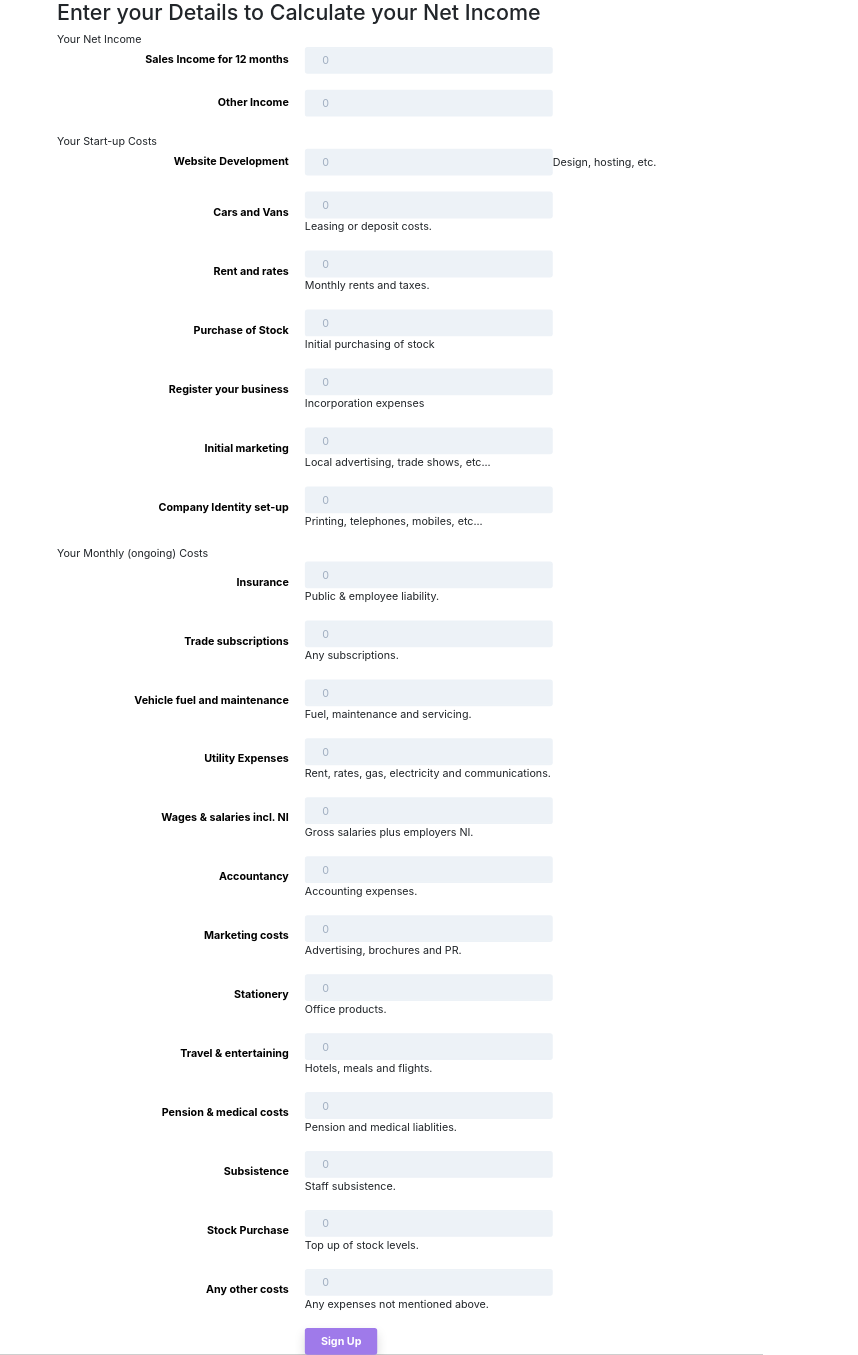
Repository: latenightsnacc/Financial-Forecast
Page: financial-forecast.html
These files come from the project's save history. The page is drawn as it stood at one moment and after the next save; the edit follows.
The browser window is 1280 px wide. The pictures show the whole page, at 67% of full size.

Above is the page before, as saved 2020-11-15 13:54:20.

### financial-forecast.html
<!DOCTYPE html>
<html lang="en">
<head>
    <meta charset="UTF-8">
    <meta name="viewport" content="width=device-width, initial-scale=1.0">
    <!--Tailwind CDN-->
    <link rel="stylesheet" href="https://cdnjs.cloudflare.com/ajax/libs/tailwindcss/1.9.6/base.min.css" integrity="sha512-hEjkvMSM0ql6VJcNK0gTmjt9ar8F2yHeBUbJKtyvQhkkbGMhiJ4+MaiB8XxsthLAHJx5vy2I9dN0un8HiWG2LA==" crossorigin="anonymous" />
    <link rel="stylesheet" href="https://cdnjs.cloudflare.com/ajax/libs/tailwindcss/1.9.6/components.min.css" integrity="sha512-TizAONqhvXjEfRPhptSUkZNVU497PzAnXNGNUoeOjeni4dHpJ+ak+ZsyoGna20LH/yg1PvdufN1VbnVQeVDftg==" crossorigin="anonymous" />
    <link rel="stylesheet" href="https://cdnjs.cloudflare.com/ajax/libs/tailwindcss/1.9.6/tailwind.css" integrity="sha512-HY1FOTeAX9idUBWDhVDrBg8QUHBisKVQ4BCVj1jFo5z76mk87w4Rr5YGP8nBkcGmoMzqYvdeXHMOg/olF45z3g==" crossorigin="anonymous" />
    <link rel="stylesheet" href="https://cdnjs.cloudflare.com/ajax/libs/tailwindcss/1.9.6/utilities.min.css" integrity="sha512-0QJfuLKyYJWGB5hKArJW67xqMLDlR8YaLM/ZuW2mRn4NRwHNsGm7UuREc5Fu7jONHyewPKnGODY0N8G+FQbfxg==" crossorigin="anonymous" />
    <!--Bootstrap CDN-->
    <link rel="stylesheet" href="https://cdn.jsdelivr.net/npm/bootstrap@4.5.3/dist/css/bootstrap.min.css" integrity="sha384-TX8t27EcRE3e/ihU7zmQxVncDAy5uIKz4rEkgIXeMed4M0jlfIDPvg6uqKI2xXr2" crossorigin="anonymous">
    <title>Financial Forecast |Resaads Consults - Think Millenial</title>
</head>
<body class="bg-black">
    <div class="container">
        <!--Navigation-->
    </div>
    <div class="wrapper p3 bg-white">
        <div class="container">
            <h2 class="title">Enter your Details to Calculate your Net Income</h2>
        </div>
        <div class="container">
            <!--FORM-->
            <form class="w-full max-w-none">
            <!--NET INCOME-->
                <div class="title">Your Net Income</div>
                <!--Sales Income-->
                <div class="md:flex md:items-center mb-6">
                  <div class="md:w-1/3">
                    <label class="block text-black font-bold md:text-right mb-1 md:mb-0 pr-4" for="inline-full-name" placeholder="0">
                      Sales Income for 12 months
                    </label>
                  </div>
                  <div class="md:w-1/3">
                    <input class="bg-gray-200 appearance-none border-2 border-gray-200 rounded w-full py-2 px-4 text-gray-700 leading-tight focus:outline-none focus:bg-white focus:border-grey-500" id="inline-full-name" type="text" placeholder="0">
                  </div>
                </div>
                <!--Other Income-->
                <div class="md:flex md:items-center mb-6">
                    <div class="md:w-1/3">
                      <label class="block text-black font-bold md:text-right mb-1 md:mb-0 pr-4" for="inline-full-name" placeholder="0">
                        Other Income
                      </label>
                    </div>
                    <div class="md:w-1/3">
                      <input class="bg-gray-200 appearance-none border-2 border-gray-200 rounded w-full py-2 px-4 text-gray-700 leading-tight focus:outline-none focus:bg-white focus:border-grey-500" id="inline-full-name" type="text" placeholder="0">
                    </div>
                </div>
            <!--STARTUP COSTS-->
                <div class="title">Your Start-up Costs</div>
                <!--Website Development-->
                <div class="md:flex md:items-center mb-6">
                    <div class="md:w-1/3">
                        <label class="block text-black font-bold md:text-right mb-1 md:mb-0 pr-4" for="inline-full-name" placeholder="0">
                            Website Development
                        </label>
                    </div>
                    <div class="md:w-1/3">
                        <input class="bg-gray-200 appearance-none border-2 border-gray-200 rounded w-full py-2 px-4 text-gray-700 leading-tight focus:outline-none focus:bg-white focus:border-grey-500" id="inline-full-name" type="text" placeholder="0">
                    </div>
                    <span class="eg">Design, hosting, etc.</span>
                </div>
                <!--Website Development-->
                <div class="md:flex md:items-center mb-6">
                    <div class="md:w-1/3">
                        <label class="block text-black font-bold md:text-right mb-1 md:mb-0 pr-4" for="inline-full-name" placeholder="0">
                            Cars and Vans
                        </label>
                    </div>
                    <div class="md:w-1/3">
                        <input class="bg-gray-200 appearance-none border-2 border-gray-200 rounded w-full py-2 px-4 text-gray-700 leading-tight focus:outline-none focus:bg-white focus:border-grey-500" id="inline-full-name" type="text" placeholder="0">
                        <span class="eg">Leasing or deposit costs.</span>
                    </div>
                </div>
                <!--Website Development-->
                <div class="md:flex md:items-center mb-6">
                    <div class="md:w-1/3">
                        <label class="block text-black font-bold md:text-right mb-1 md:mb-0 pr-4" for="inline-full-name" placeholder="0">
                            Rent and rates
                        </label>
                    </div>
                    <div class="md:w-1/3">
                        <input class="bg-gray-200 appearance-none border-2 border-gray-200 rounded w-full py-2 px-4 text-gray-700 leading-tight focus:outline-none focus:bg-white focus:border-grey-500" id="inline-full-name" type="text" placeholder="0">
                        <span class="eg">Monthly rents and taxes.</span>
                    </div>

                </div>
                <!--Website Development-->
                <div class="md:flex md:items-center mb-6">
                    <div class="md:w-1/3">
                        <label class="block text-black font-bold md:text-right mb-1 md:mb-0 pr-4" for="inline-full-name" placeholder="0">
                            Purchase of Stock
                        </label>
                    </div>
                    <div class="md:w-1/3">
                        <input class="bg-gray-200 appearance-none border-2 border-gray-200 rounded w-full py-2 px-4 text-gray-700 leading-tight focus:outline-none focus:bg-white focus:border-grey-500" id="inline-full-name" type="text" placeholder="0">
                        <span class="eg">Initial purchasing of stock</span>
                    </div>

                </div>
                <!--Website Development-->
                <div class="md:flex md:items-center mb-6">
                    <div class="md:w-1/3">
                        <label class="block text-black font-bold md:text-right mb-1 md:mb-0 pr-4" for="inline-full-name" placeholder="0">
                            Register your business
                        </label>
                    </div>
                    <div class="md:w-1/3">
                        <input class="bg-gray-200 appearance-none border-2 border-gray-200 rounded w-full py-2 px-4 text-gray-700 leading-tight focus:outline-none focus:bg-white focus:border-grey-500" id="inline-full-name" type="text" placeholder="0">
                        <span class="eg">Incorporation expenses</span>
                    </div>

                </div>
                <!--Website Development-->
                <div class="md:flex md:items-center mb-6">
                    <div class="md:w-1/3">
                        <label class="block text-black font-bold md:text-right mb-1 md:mb-0 pr-4" for="inline-full-name" placeholder="0">
                            Initial marketing
                        </label>
                    </div>
                    <div class="md:w-1/3">
                        <input class="bg-gray-200 appearance-none border-2 border-gray-200 rounded w-full py-2 px-4 text-gray-700 leading-tight focus:outline-none focus:bg-white focus:border-grey-500" id="inline-full-name" type="text" placeholder="0">
                        <span class="eg">Local advertising, trade shows, etc...</span>
                    </div>
                </div>
                <!--Website Development-->
                <div class="md:flex md:items-center mb-6">
                    <div class="md:w-1/3">
                        <label class="block text-black font-bold md:text-right mb-1 md:mb-0 pr-4" for="inline-full-name" placeholder="0">
                            Company Identity set-up
                        </label>
                    </div>
                    <div class="md:w-1/3">
                        <input class="bg-gray-200 appearance-none border-2 border-gray-200 rounded w-full py-2 px-4 text-gray-700 leading-tight focus:outline-none focus:bg-white focus:border-grey-500" id="inline-full-name" type="text" placeholder="0">
                        <span class="eg">Printing, telephones, mobiles, etc...</span>
                    </div>
                </div>
            <!--MONTHLY COSTS-->
                <div class="title">Your Monthly (ongoing) Costs</div>
                <!--Website Development-->
                <div class="md:flex md:items-center mb-6">
                    <div class="md:w-1/3">
                        <label class="block text-black font-bold md:text-right mb-1 md:mb-0 pr-4" for="inline-full-name" placeholder="0">
                            Insurance
                        </label>
                    </div>
                    <div class="md:w-1/3">
                        <input class="bg-gray-200 appearance-none border-2 border-gray-200 rounded w-full py-2 px-4 text-gray-700 leading-tight focus:outline-none focus:bg-white focus:border-grey-500" id="inline-full-name" type="text" placeholder="0">
                        <span class="eg">Public & employee liability.</span>
                    </div>
                </div>
                <!--Website Development-->
                <div class="md:flex md:items-center mb-6">
                    <div class="md:w-1/3">
                        <label class="block text-black font-bold md:text-right mb-1 md:mb-0 pr-4" for="inline-full-name" placeholder="0">
                            Trade subscriptions
                        </label>
                    </div>
                    <div class="md:w-1/3">
                        <input class="bg-gray-200 appearance-none border-2 border-gray-200 rounded w-full py-2 px-4 text-gray-700 leading-tight focus:outline-none focus:bg-white focus:border-grey-500" id="inline-full-name" type="text" placeholder="0">
                        <span class="eg">Any subscriptions.</span>
                    </div>
                </div>
                <!--Website Development-->
                <div class="md:flex md:items-center mb-6">
                    <div class="md:w-1/3">
                        <label class="block text-black font-bold md:text-right mb-1 md:mb-0 pr-4" for="inline-full-name" placeholder="0">
                            Vehicle fuel and maintenance
                        </label>
                    </div>
                    <div class="md:w-1/3">
                        <input class="bg-gray-200 appearance-none border-2 border-gray-200 rounded w-full py-2 px-4 text-gray-700 leading-tight focus:outline-none focus:bg-white focus:border-grey-500" id="inline-full-name" type="text" placeholder="0">
                        <span class="eg">Fuel, maintenance and servicing.</span>
                    </div>

                </div>
                <!--Website Development-->
                <div class="md:flex md:items-center mb-6">
                    <div class="md:w-1/3">
                        <label class="block text-black font-bold md:text-right mb-1 md:mb-0 pr-4" for="inline-full-name" placeholder="0">
                            Utility Expenses
                        </label>
                    </div>
                    <div class="md:w-1/3">
                        <input class="bg-gray-200 appearance-none border-2 border-gray-200 rounded w-full py-2 px-4 text-gray-700 leading-tight focus:outline-none focus:bg-white focus:border-grey-500" id="inline-full-name" type="text" placeholder="0">
                        <span class="eg">Rent, rates, gas, electricity and communications.</span>
                    </div>

                </div>
                <!--Website Development-->
                <div class="md:flex md:items-center mb-6">
                    <div class="md:w-1/3">
                        <label class="block text-black font-bold md:text-right mb-1 md:mb-0 pr-4" for="inline-full-name" placeholder="0">
                            Wages & salaries incl. NI
                        </label>
                    </div>
                    <div class="md:w-1/3">
                        <input class="bg-gray-200 appearance-none border-2 border-gray-200 rounded w-full py-2 px-4 text-gray-700 leading-tight focus:outline-none focus:bg-white focus:border-grey-500" id="inline-full-name" type="text" placeholder="0">
                        <span class="eg">Gross salaries plus employers NI.</span>
                    </div>

                </div>
                <!--Website Development-->
                <div class="md:flex md:items-center mb-6">
                    <div class="md:w-1/3">
                        <label class="block text-black font-bold md:text-right mb-1 md:mb-0 pr-4" for="inline-full-name" placeholder="0">
                            Accountancy
                        </label>
                    </div>
                    <div class="md:w-1/3">
                        <input class="bg-gray-200 appearance-none border-2 border-gray-200 rounded w-full py-2 px-4 text-gray-700 leading-tight focus:outline-none focus:bg-white focus:border-grey-500" id="inline-full-name" type="text" placeholder="0">
                        <span class="eg">Accounting expenses.</span>
                    </div>
                </div>
                <!--Website Development-->
                <div class="md:flex md:items-center mb-6">
                    <div class="md:w-1/3">
                        <label class="block text-black font-bold md:text-right mb-1 md:mb-0 pr-4" for="inline-full-name" placeholder="0">
                           Marketing costs
                        </label>
                    </div>
                    <div class="md:w-1/3">
                        <input class="bg-gray-200 appearance-none border-2 border-gray-200 rounded w-full py-2 px-4 text-gray-700 leading-tight focus:outline-none focus:bg-white focus:border-grey-500" id="inline-full-name" type="text" placeholder="0">
                        <span class="eg">Advertising, brochures and PR.</span>
                    </div>
                </div>
                <!--Website Development-->
                <div class="md:flex md:items-center mb-6">
                    <div class="md:w-1/3">
                        <label class="block text-black font-bold md:text-right mb-1 md:mb-0 pr-4" for="inline-full-name" placeholder="0">
                            Stationery
                        </label>
                    </div>
                    <div class="md:w-1/3">
                        <input class="bg-gray-200 appearance-none border-2 border-gray-200 rounded w-full py-2 px-4 text-gray-700 leading-tight focus:outline-none focus:bg-white focus:border-grey-500" id="inline-full-name" type="text" placeholder="0">
                        <span class="eg">Office products.</span>
                    </div>
                </div>
                <!--Website Development-->
                <div class="md:flex md:items-center mb-6">
                    <div class="md:w-1/3">
                        <label class="block text-black font-bold md:text-right mb-1 md:mb-0 pr-4" for="inline-full-name" placeholder="0">
                            Travel & entertaining
                        </label>
                    </div>
                    <div class="md:w-1/3">
                        <input class="bg-gray-200 appearance-none border-2 border-gray-200 rounded w-full py-2 px-4 text-gray-700 leading-tight focus:outline-none focus:bg-white focus:border-grey-500" id="inline-full-name" type="text" placeholder="0">
                        <span class="eg">Hotels, meals and flights.</span>
                    </div>
                </div>
                <!--Website Development-->
                <div class="md:flex md:items-center mb-6">
                    <div class="md:w-1/3">
                        <label class="block text-black font-bold md:text-right mb-1 md:mb-0 pr-4" for="inline-full-name" placeholder="0">
                            Pension & medical costs
                        </label>
                    </div>
                    <div class="md:w-1/3">
                        <input class="bg-gray-200 appearance-none border-2 border-gray-200 rounded w-full py-2 px-4 text-gray-700 leading-tight focus:outline-none focus:bg-white focus:border-grey-500" id="inline-full-name" type="text" placeholder="0">
                        <span class="eg">Pension and medical liablities.</span>
                    </div>
                </div>
                <!--Website Development-->
                <div class="md:flex md:items-center mb-6">
                    <div class="md:w-1/3">
                        <label class="block text-black font-bold md:text-right mb-1 md:mb-0 pr-4" for="inline-full-name" placeholder="0">
                            Subsistence
                        </label>
                    </div>
                    <div class="md:w-1/3">
                        <input class="bg-gray-200 appearance-none border-2 border-gray-200 rounded w-full py-2 px-4 text-gray-700 leading-tight focus:outline-none focus:bg-white focus:border-grey-500" id="inline-full-name" type="text" placeholder="0">
                        <span class="eg">Staff subsistence.</span>
                    </div>
                </div>
                <!--Website Development-->
                <div class="md:flex md:items-center mb-6">
                    <div class="md:w-1/3">
                        <label class="block text-black font-bold md:text-right mb-1 md:mb-0 pr-4" for="inline-full-name" placeholder="0">
                            Stock Purchase
                        </label>
                    </div>
                    <div class="md:w-1/3">
                        <input class="bg-gray-200 appearance-none border-2 border-gray-200 rounded w-full py-2 px-4 text-gray-700 leading-tight focus:outline-none focus:bg-white focus:border-grey-500" id="inline-full-name" type="text" placeholder="0">
                        <span class="eg">Top up of stock levels.</span>
                    </div>
                </div>
                <!--Website Development-->
                <div class="md:flex md:items-center mb-6">
                    <div class="md:w-1/3">
                        <label class="block text-black font-bold md:text-right mb-1 md:mb-0 pr-4" for="inline-full-name" placeholder="0">
                            Any other costs
                        </label>
                    </div>
                    <div class="md:w-1/3">
                        <input class="bg-gray-200 appearance-none border-2 border-gray-200 rounded w-full py-2 px-4 text-gray-700 leading-tight focus:outline-none focus:bg-white focus:border-grey-500" id="inline-full-name" type="text" placeholder="0">
                        <span class="eg">Any expenses not mentioned above.</span>
                    </div>
                </div>
                <!--Calculate Button-->
                <div class="md:flex md:items-center">
                    <div class="md:w-1/3"></div>
                    <div class="md:w-2/3">
                      <button class="shadow bg-purple-500 hover:bg-purple-400 focus:shadow-outline focus:outline-none text-white font-bold py-2 px-4 rounded" type="button">
                        Sign Up
                      </button>
                    </div>
                  </div>
            </form>
        </div>
    </div>
    <!--Bootstrap Scripts-->
    <script src="https://code.jquery.com/jquery-3.5.1.slim.min.js" integrity="sha384-DfXdz2htPH0lsSSs5nCTpuj/zy4C+OGpamoFVy38MVBnE+IbbVYUew+OrCXaRkfj" crossorigin="anonymous"></script>
    <script src="https://cdn.jsdelivr.net/npm/popper.js@1.16.1/dist/umd/popper.min.js" integrity="sha384-9/reFTGAW83EW2RDu2S0VKaIzap3H66lZH81PoYlFhbGU+6BZp6G7niu735Sk7lN" crossorigin="anonymous"></script>
    <script src="https://cdn.jsdelivr.net/npm/bootstrap@4.5.3/dist/js/bootstrap.min.js" integrity="sha384-w1Q4orYjBQndcko6MimVbzY0tgp4pWB4lZ7lr30WKz0vr/aWKhXdBNmNb5D92v7s" crossorigin="anonymous"></script>
</body>
</html>

After the next save:
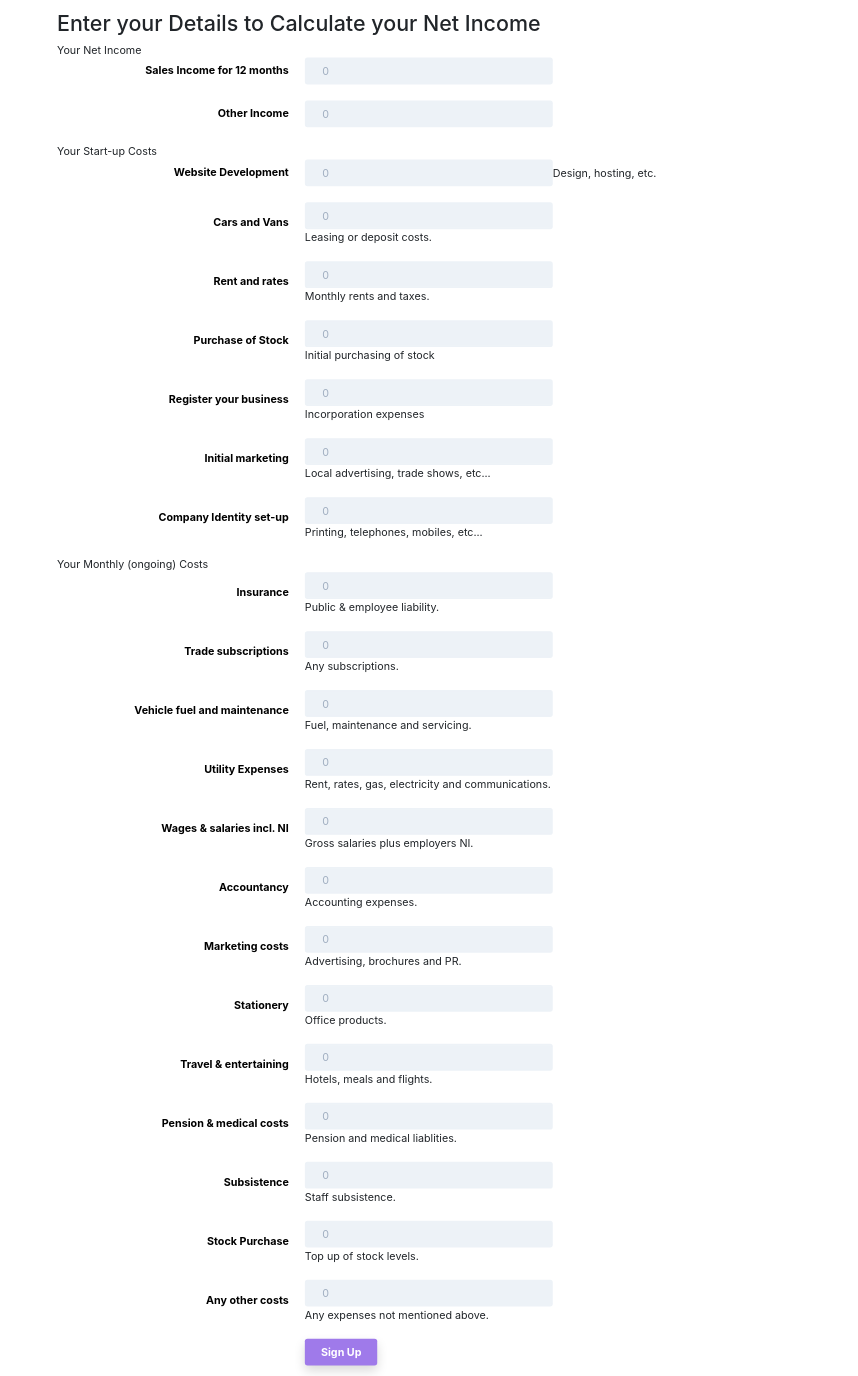
Saved 10 s later.
--- a/financial-forecast.html
+++ b/financial-forecast.html
@@ -16,7 +16,7 @@
     <div class="container">
         <!--Navigation-->
     </div>
-    <div class="wrapper p3 bg-white">
+    <div class="wrapper p-3 bg-white">
         <div class="container">
             <h2 class="title">Enter your Details to Calculate your Net Income</h2>
         </div>
